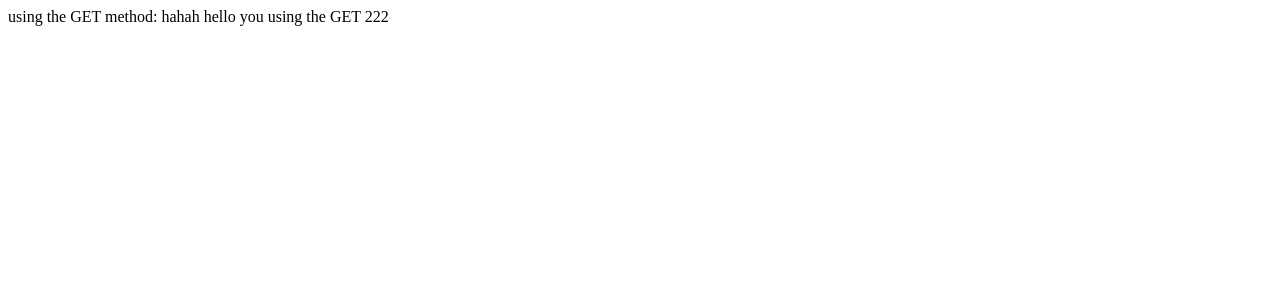
Repository: yksdy/yksdy
Page: http://localhost/servlet/servlet/InjectionServlet
The author's editor kept a copy of each file at every save. The page is drawn from the files as they stood at one save, then again after the next save.
The browser window is 1280 px wide. The pictures show the whole page.
The page is served by Tomcat 9.

Above is the page before, as saved 2017-05-28 14:45:34.

After the next save:
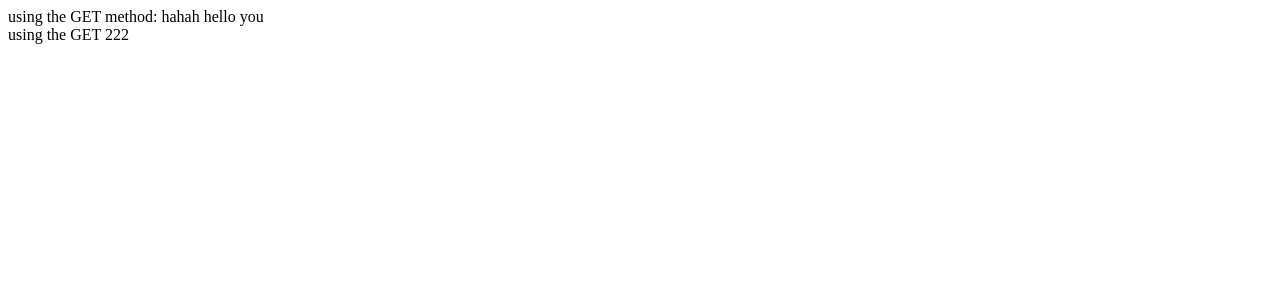
Saved 41 s later.
--- a/LongLeg/servlet/src/servlet/InjectionServlet.java
+++ b/LongLeg/servlet/src/servlet/InjectionServlet.java
@@ -34,7 +34,7 @@ public class InjectionServlet extends HttpServlet {
 		out.println("  <HEAD><TITLE>A Servlet</TITLE></HEAD>");
 		out.println("  <BODY>");
 
-		out.println("using the GET method:  "+hello);
+		out.println("using the GET method:  "+hello+"<br/>");
 		out.println("using the GET "+y);
 
 		out.println("  </BODY>");
